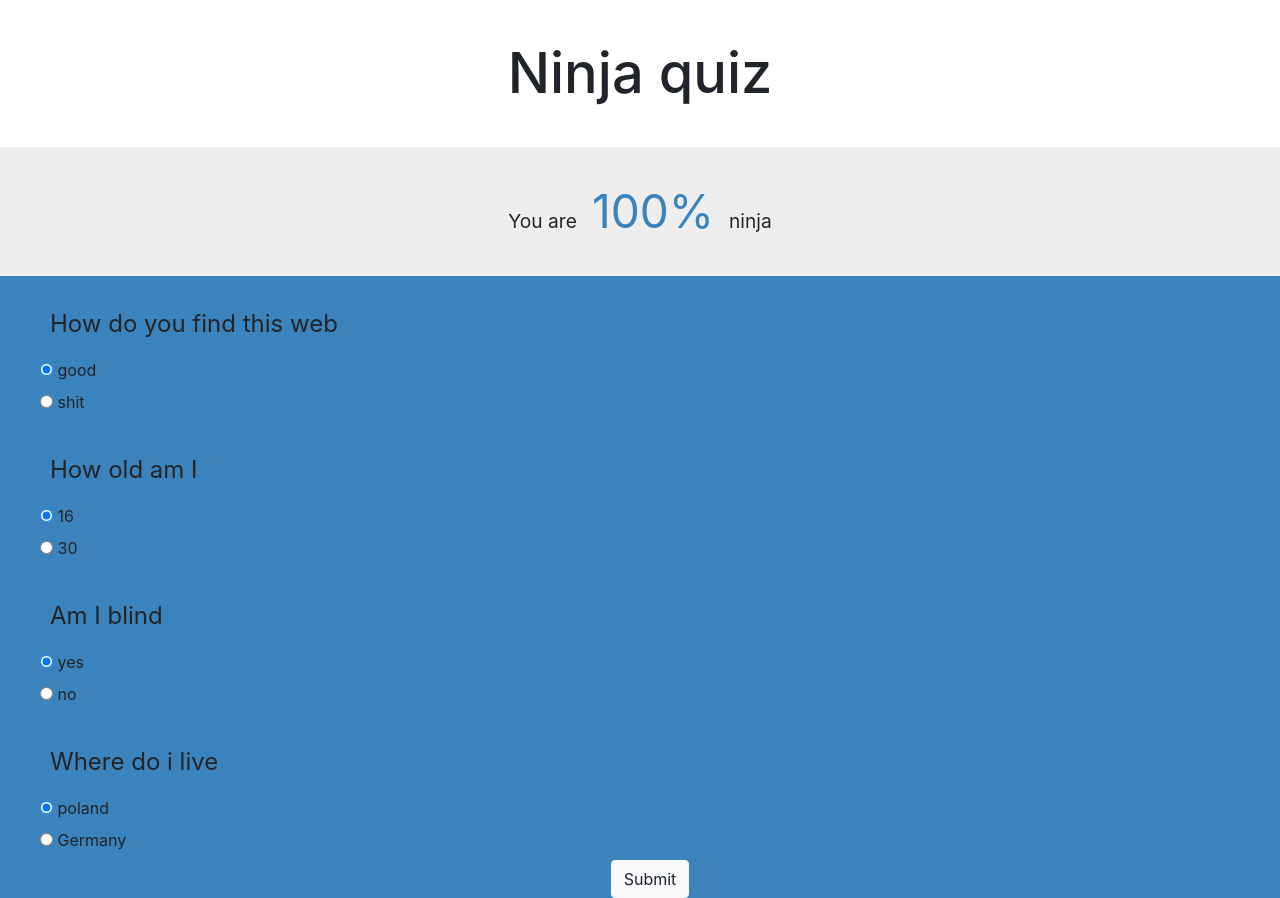
Repository: ajgors/config
Page: Nauka Js/Projekty/Quiz/index.html
An editor plug-in stored every save of this project. The page is shown before and after a run of saves, followed by the edit.
The browser window is 1280 px wide. The pictures show the whole page.

Above is the page before, as saved 2019-08-11 18:44:47.
Console error: TypeError: Cannot read properties of null (reading 'addEventListener')

### Nauka Js/Projekty/Quiz/index.html
<!DOCTYPE html>
<html lang="en">

<head>
    <meta charset="UTF-8">
    <meta name="viewport" content="width=device-width, initial-scale=1.0">
    <meta http-equiv="X-UA-Compatible" content="ie=edge">
    <title>Document</title>
    <link rel="stylesheet" href="https://stackpath.bootstrapcdn.com/bootstrap/4.3.1/css/bootstrap.min.css"
        integrity="sha384-ggOyR0iXCbMQv3Xipma34MD+dH/1fQ784/j6cY/iJTQUOhcWr7x9JvoRxT2MZw1T" crossorigin="anonymous">
    <link rel="stylesheet" href="css.css">
</head>

<body>
    <!-- Header -->
    <!-- <div class="intro py-3 bg-white text-center">
        <div class="container">
            <h2 class="text-primary display-3 my-4">Ninja Quiz</h2>
        </div>
    </div> -->

    <header class="header">
        <h1 class="header__title">Ninja quiz</h1>
    </header>

    <!-- Result -->
    <!-- <div class="result py-4  bg-light text-center">
        <div class="container lead">
            <p>You are <span class="text-primary display-4 p-3">110%</span>Ninja</p>
        </div>
    </div> -->

    <div class="result">
        <p class="result__paragraph">You are<span class="result__span">100%</span>ninja</p>
    </div>

    <!-- Form -->
    <!-- <div class="quiz py-4 bg-primary">
        <div class="container">
            <h2 class="my-5 text-white">On with the question...</h2>
            <form action="" class="quiz-form text-light">
                <div class="my-5">
                    <p class="lead font-weight-normal">1. How do you give a ninja directions</p>
                    <div class="form-check my-2 text-white-50">
                        <input type="radio" name='q1' value='A' checked>
                        <label for="" class="form-check-label">Show them map</label>
                    </div>
                    <div class="form-check my-2 text-white-50">
                        <input type="radio" name='q1' value='B'>
                        <label for="" class="form-check-label">Don't worry a ninja will find you</label>
                    </div>
                </div>
                <div class="my-5">
                    <p class="lead font-weight-normal">2 asdfasdfad fafasfasdfadffasdsf</p>
                    <div class="form-check my-2 text-white-50">
                        <input type="radio" name='q2' value='A' checked>
                        <label for="" class="form-check-label">1.apple</label>
                    </div>
                    <div class="form-check my-2 text-white-50">
                        <input type="radio" name='q2' value='B'>
                        <label for="" class="form-check-label">3.apple</label>
                    </div>
                </div>
                <div class="my-5">
                    <p class="lead font-weight-normal">3. how do you tknow if you met a ninja</p>
                    <div class="form-check my-2 text-white-50">
                        <input type="radio" name='q3' value='A' checked>
                        <label for="" class="form-check-label">youll recognize a outfit</label>
                    </div>
                    <div class="form-check my-2 text-white-50">
                        <input type="radio" name='q3' value='B'>
                        <label for="" class="form-check-label">the grim reaper wil tell you</label>
                    </div>
                </div>
                <div class="my-5">
                    <p class="lead font-weight-normal">4 what is a ninjas favourite array method</p>
                    <div class="form-check my-2 text-white-50">
                        <input type="radio" name='q4' value='A' checked>
                        <label for="" class="form-check-label">forEach()</label>
                    </div>
                    <div class="form-check my-2 text-white-50">
                        <input type="radio" name='q4' value='B'>
                        <label for="" class="form-check-label">slice()</label>
                    </div>
                </div>
                <div class="text-center">
                    <input type="submit" class='btn btn-light'>
                </div>
            </form>
        </div> -->

    <div class="quiz">
        <form action="quiz-form">
            <div class="div-question">
                <p class="question">How do you find this web</p>
                <div class="form-check">
                    <input type="radio" name="q1" value="A" id="" checked>
                    <label for=""> good </label>
                </div>
                <div class="form-check">
                    <input type="radio" name="q1" value="B" id="">
                    <label for=""> shit </label>
                </div>
            </div>
            <div class="div-question">
                <p class="question">How old am I</p>
                <div class="form-check">
                    <input type="radio" name="q2" value="A" id="" checked>
                    <label for=""> 16 </label>
                </div>
                <div class="form-check">
                    <input type="radio" name="q2" value="B" id="">
                    <label for=""> 30</label>
                </div>
            </div>
            <div class="div-question">
                <p class="question">Am I blind</p>
                <div class="form-check">
                    <input type="radio" name="q3" value="A" id="" checked>
                    <label for=""> yes</label>
                </div>
                <div class="form-check">
                    <input type="radio" name="q3" value="B" id="">
                    <label for=""> no</label>
                </div>
            </div>
            <div class="div-question">
                <p class="question">Where do i live</p>
                <div class="form-check">
                    <input type="radio" name="q4" value="A" id="" checked>
                    <label for=""> poland </label>
                </div>
                <div class="form-check">
                    <input type="radio" name="q4" value="B" id="">
                    <label for=""> Germany </label>
                </div>
            </div>
            <div class="text-center">
                <input type="submit" class="btn btn-light">
            </div>
        </form>
    </div>

    </div>

    <script src="js.js"></script>
</body>

</html>

### Nauka Js/Projekty/Quiz/css.css
*{
    margin: 0;
    padding: 0;
}

.header__title{
    text-align: center;
    margin:  40px auto;
    font-size: 3.5em;
}

.result{
    background-color: #eee;
}
.result__paragraph{
    text-align: center;
    padding: 30px;
    margin: 0;
    font-size: 1.2em
}
.result__span{
    font-size: 2.4em;
    padding: 15px;
    color:#3b83bd;
}

.quiz{
    background-color: #3b83bd;
    padding-left: 20px
}
.quiz-form{
    padding: 40px;
    margin: 40px;
}

.question{
    font-size: 1.5em;
    padding-left: 30px;
    padding-top: 30px;
}

### Nauka Js/Projekty/Quiz/js.js




const form = document.querySelector('.quiz-form');
const result = document.querySelector('.result');
const correctAnswers = ['B','B','B','B'];
const spanResult = document.querySelector('span');

form.addEventListener('submit', e=>{
    e.preventDefault();

    //check answer
    let score = 0;
    const userAnswers = [form.q1.value, form.q2.value, form.q3.value, form.q4.value];

    userAnswers.forEach((answer, index) =>{
        if(answer === correctAnswers[index]){
            score += 25;
        }
    });

    scrollTo(0,0)
    result.classList.remove('d-none');
    // spanResult.textContent = `${score}%`

    let output = 0;
    const timer = setInterval(()=>{
        spanResult.textContent = `${output}%`
        if(output === score){
            clearInterval(timer);
        } else {
            output++;
        }
    })


})

After the next 5 saves:
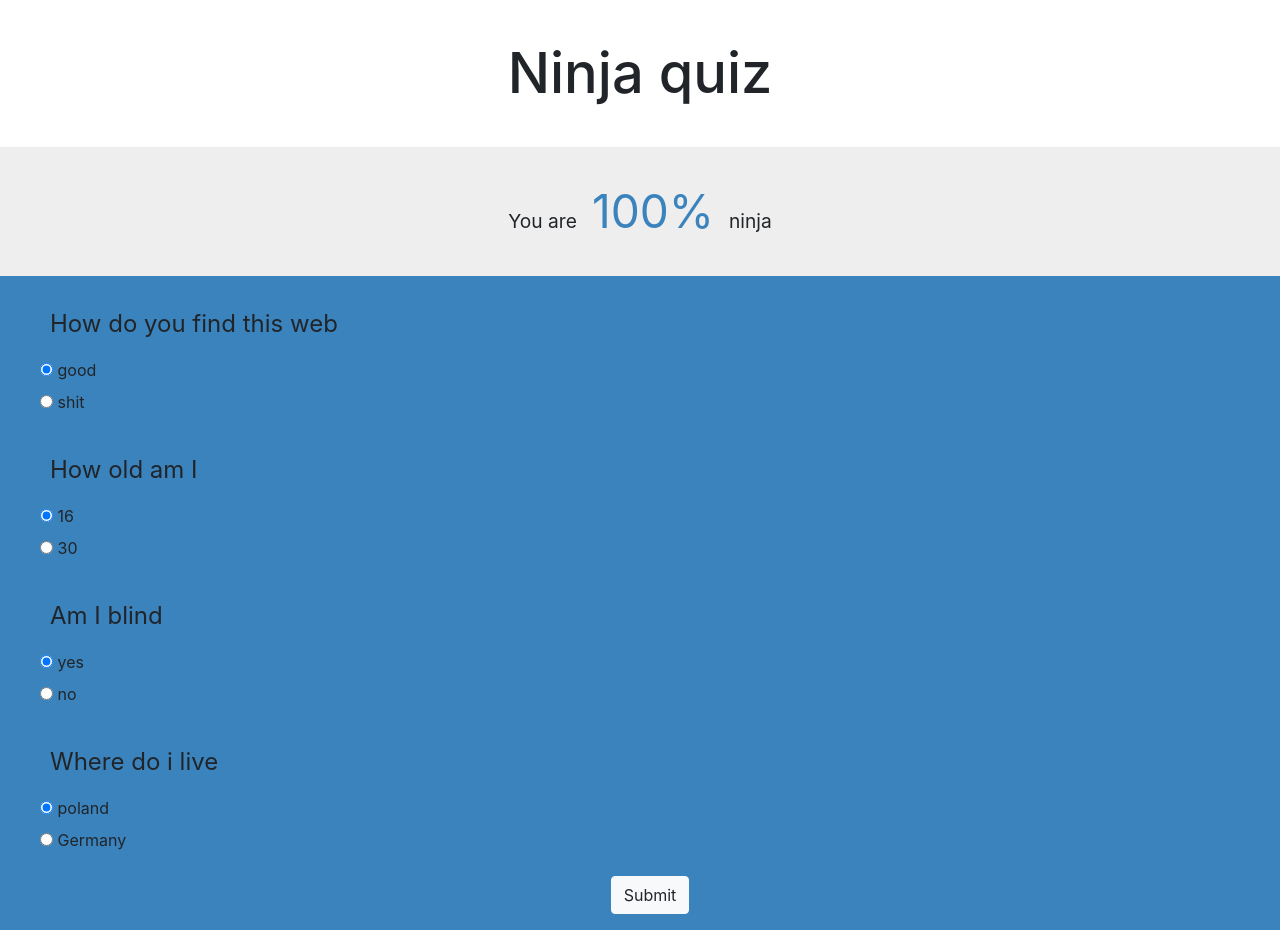
The 5 saves are shown as one change because they came seconds apart.
The last was saved 20 s later.
--- a/Nauka Js/Projekty/Quiz/index.html
+++ b/Nauka Js/Projekty/Quiz/index.html
@@ -136,7 +136,7 @@
                 </div>
             </div>
             <div class="text-center">
-                <input type="submit" class="btn btn-light">
+                <input type="submit" class="btn btn-light m-3">
             </div>
         </form>
     </div>
